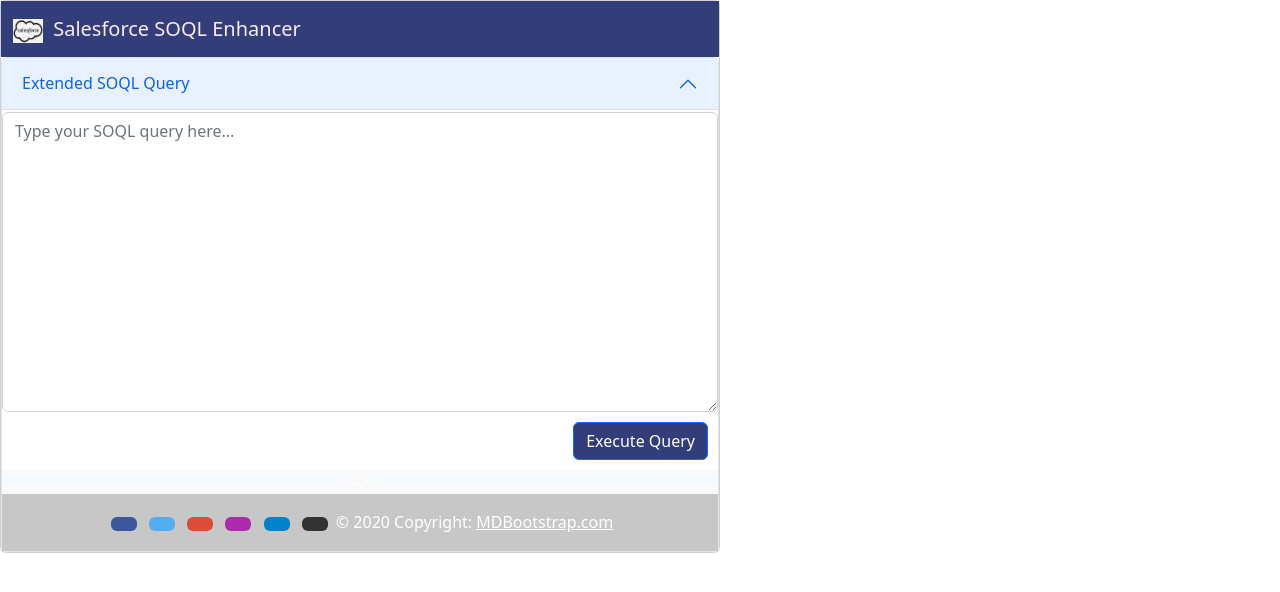
Repository: anweshpargi/salesforceExtension
Page: popup.html
These files come from the project's save history. The page is drawn as it stood at one moment and after the next save; the edit follows.
The browser window is 1280 px wide. The pictures show the whole page.

Above is the page before, as saved 2023-08-28 10:33:33.
Not found: js/jsforce.js

After the next save:
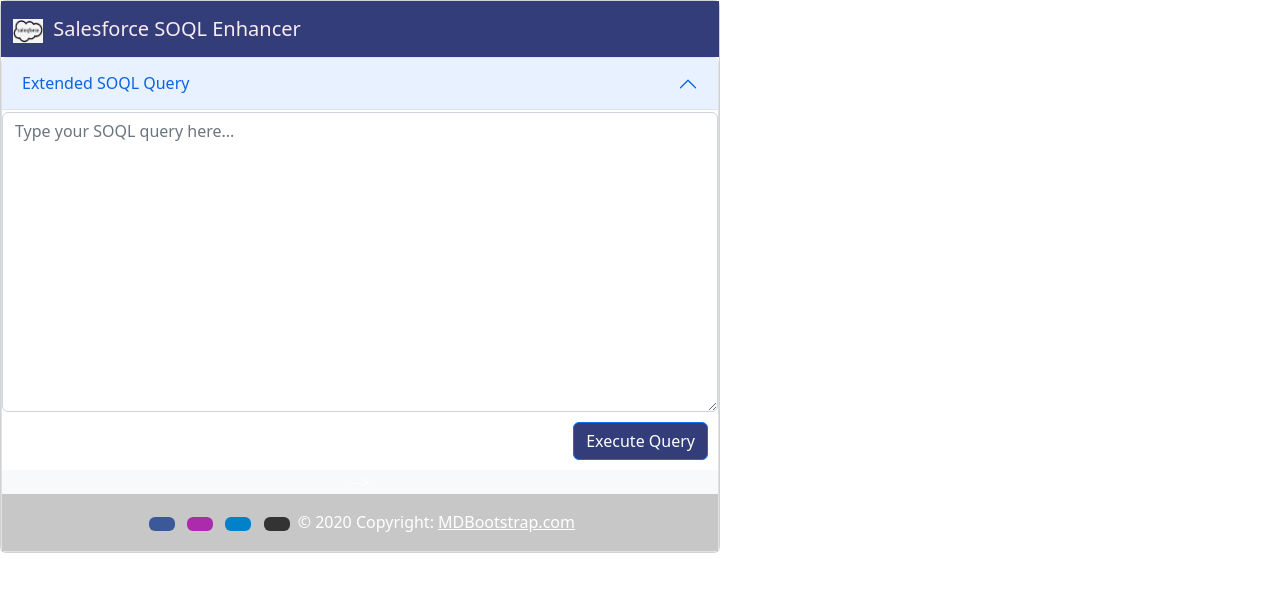
Saved 55 s later.
--- a/popup.html
+++ b/popup.html
@@ -78,23 +78,6 @@
                         ><i class="fab fa-facebook-f"></i
                       ></a>
 
-                      <!-- Twitter -->
-                      <a
-                        class="btn text-white btn-floating m-1"
-                        style="background-color: #55acee;"
-                        href="#!"
-                        role="button"
-                        ><i class="fab fa-twitter"></i
-                      ></a>
-
-                      <!-- Google -->
-                      <a
-                        class="btn text-white btn-floating m-1"
-                        style="background-color: #dd4b39;"
-                        href="#!"
-                        role="button"
-                        ><i class="fab fa-google"></i
-                      ></a>
 
                       <!-- Instagram -->
                       <a
